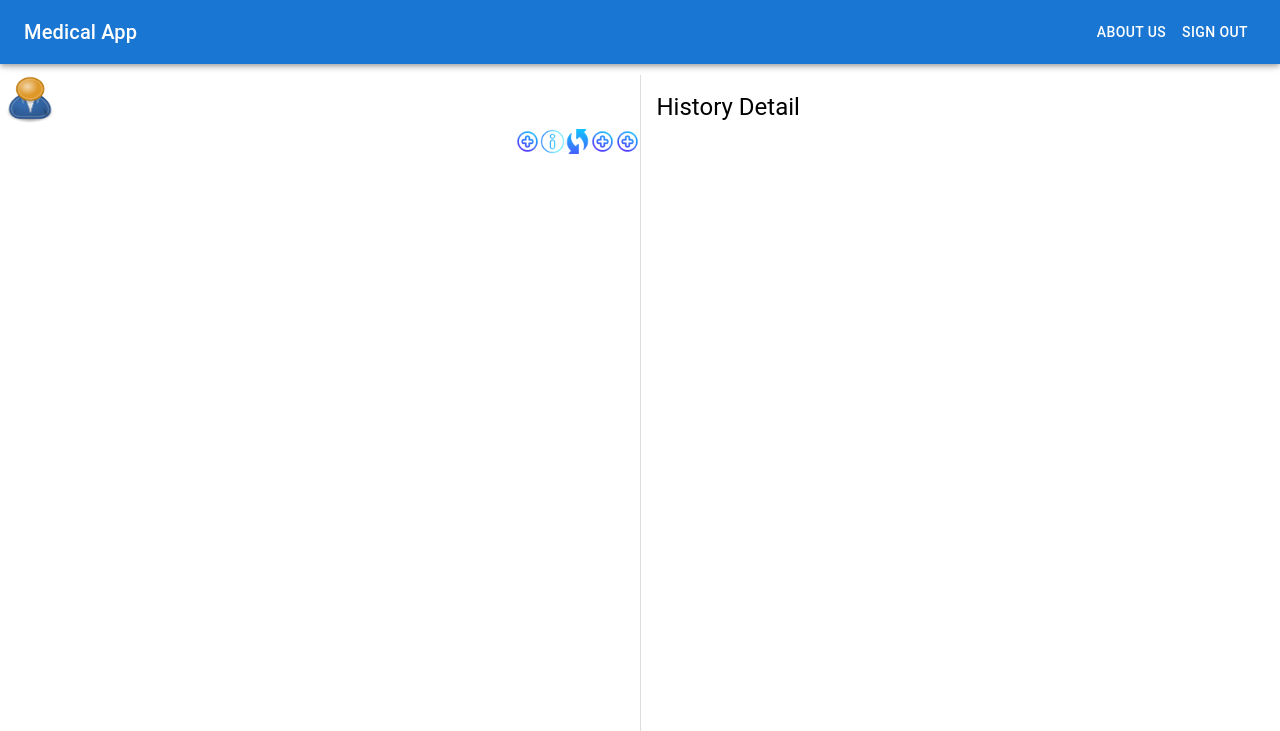
Repository: sshaiv/demo_project
Page: /
An editor plug-in stored every save of this project. The page is shown before and after the next save, followed by the edit.
The browser window is 1280 px wide. The pictures show the whole page.
The project was rebuilt for these pictures with package versions that can differ from the ones it lists, and the page was loaded fresh each time.

Above is the page before, as saved 2024-08-12 20:48:15.

### src/App.js
// src/App.js
import React from 'react';
import { Box, Container } from '@mui/material';
import LeftSection from './components/LeftSection';
import RightSection from './components/RightSection';
import Header from './components/Header'; // Assuming you have a Header component
import NursingHeader from './components/NursingHeader';

const App = () => {
  return (
    <div>
      <Header /> {/* Include your header if you have one */}

      <Box
        sx={{
          position:'relative',
          top:'75px',
          display: 'flex',
          height: 'calc(100vh - 64px)', // Adjust height if you have a header
        }}
      >
        <Box sx={{ width: '50%', overflowY: 'scroll' }}>
          <LeftSection />
           <NursingHeader />
        </Box>
        <Box sx={{ width: '50%', borderLeft: '1px solid #ddd' }}>
          <RightSection />
        </Box>
      </Box>
    </div>
  );
};

export default App;

### src/components/LeftSection.jsx
// src/components/LeftSection.js
import React from 'react';
// import { Box, Typography, TextField, Grid } from '@mui/material';

const LeftSection = () => {
  return (
   <div></div>
  );
};

export default LeftSection;

### src/components/RightSection.jsx
// src/components/RightSection.js
import React from 'react';
import { Box, Typography } from '@mui/material';

const RightSection = () => {
  return (
    <Box
      sx={{
        width: '100%',
        height: 'calc(100vh - 64px)',
        padding: '16px',
        boxSizing: 'border-box',
      }}
    >
      <Typography variant="h5" gutterBottom>
        History Detail
      </Typography>
      {/* Add more content as needed */}
    </Box>
  );
};

export default RightSection;

### src/components/Header.js
import React from 'react';
import { AppBar, Toolbar, Typography, Button } from '@mui/material';

const Header = () => {
  return (
    <AppBar position="fixed">
      <Toolbar>
        <Typography variant="h6" style={{ flexGrow: 1 }}>
          Medical App
        </Typography>
        <Button color="inherit">About Us</Button>
        <Button color="inherit">Sign Out</Button>
      </Toolbar>
    </AppBar>
  );
};

export default Header;

### src/components/NursingHeader.js
import React from "react";

const NursingHeader = () => {
  return (
    <div id="NursingHeader" className="container-fluid">
      <div className="row">
        {/* Employee Image */}
        <div className="col-md-1">
          <img
            id="imgEmp"
            src="/Images/2000px-User_icon_2.svg.png"
            alt="Employee"
            style={{ width: "60px", height: "50px" }}
          />
        </div>

        {/* Patient Information */}
        <div className="col-md-5">
          <div className="input-group input-group-sm" style={{ fontWeight: "bolder", border: "none" }}>
            <span id="txtPatName" style={{ display: "inline", fontWeight: "bolder", border: "none" }}>
              {/* Patient Name */}
            </span>
            <span id="txtAgeSex" style={{ display: "inline", fontWeight: "bolder", border: "none" }}>
              {/* Age and Sex */}
            </span>
            <span id="txtNurIpdNo" style={{ display: "inline", fontWeight: "bolder", border: "none" }}>
              {/* Nurse IPD Number */}
            </span>
            <span id="txtMobNo" className="glyphicon glyphicon-phone" style={{ display: "inline", fontWeight: "bolder", fontSize: "15px", border: "none" }}>
              {/* Mobile Number */}
            </span>
          </div>
        </div>

        {/* Action Buttons */}
        <div className="col-md-6" style={{ textAlign: "right" }}>

           <img src="../assets/addpatients.png" style={{ width: "25px", height: "25px" }} alt="ADD" />
           <img src="../assets/info-button.png" style={{ width: "25px", height: "25px" }} alt="ADD" />
           <img src="../assets/refresh.png" style={{ width: "25px", height: "25px" }} alt="ADD" />
           <img src="/assets/addpatients.png" style={{ width: "25px", height: "25px" }} alt="ADD" />
           <img src="/assets/addpatients.png" style={{ width: "25px", height: "25px" }} alt="ADD" />

        </div>
      </div>

      {/* Hidden Fields */}
      <div className="row">
        <div className="col-md-1" hidden>
          <label>Bed No.</label>
          <input id="txtBedNo" type="text" className="form-control form-control-readonly" readOnly disabled />
        </div>
        <div className="col-md-1" hidden>
          <label>Age</label>
          <input id="txtAge" type="text" className="form-control form-control-readonly" readOnly disabled />
        </div>
        <div className="col-md-1" hidden>
          <label>Gender</label>
          <input id="txtGender" type="text" className="form-control form-control-readonly" readOnly disabled />
        </div>
      </div>
    </div>
  );
};

// Reusable Button Component
const Button = ({ id, imgSrc, onClick, title, disabled }) => (
  <button
    id={id}
    className="btn btn-primary btn-sm"
    style={{ backgroundColor: "transparent" }}
    onClick={onClick}
    title={title}
    disabled={disabled}
  >
    <img src={imgSrc} style={{ width: "25px", height: "25px" }} alt={title || "button"} />
  </button>
);

export default NursingHeader;

Loaded but not shown: public/index.html (common file); src/index.js (common file); src/index.css (common file)

After the next save:
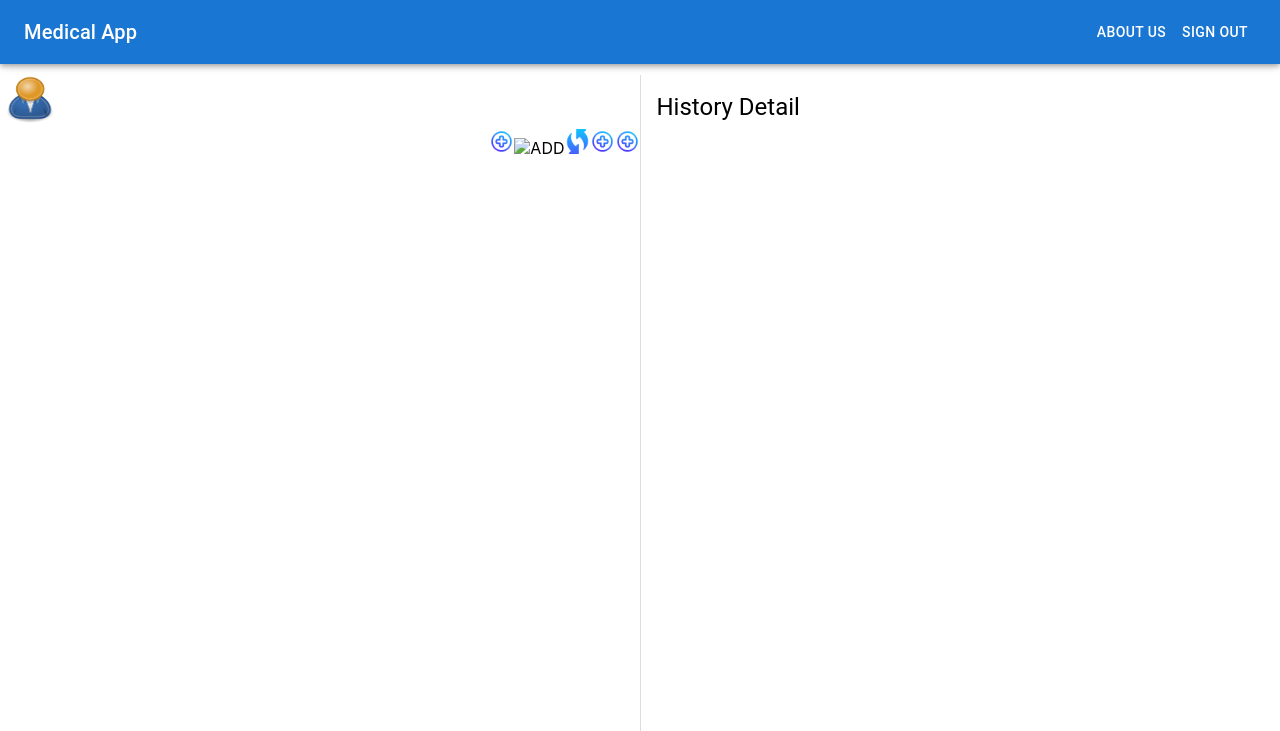
Saved 15 s later.
--- a/src/components/NursingHeader.js
+++ b/src/components/NursingHeader.js
@@ -36,7 +36,7 @@
         <div className="col-md-6" style={{ textAlign: "right" }}>
 
            <img src="../assets/addpatients.png" style={{ width: "25px", height: "25px" }} alt="ADD" />
-           <img src="../assets/info-button.png" style={{ width: "25px", height: "25px" }} alt="ADD" />
+           <img src="../" style={{ width: "25px", height: "25px" }} alt="ADD" />
            <img src="../assets/refresh.png" style={{ width: "25px", height: "25px" }} alt="ADD" />
            <img src="/assets/addpatients.png" style={{ width: "25px", height: "25px" }} alt="ADD" />
            <img src="/assets/addpatients.png" style={{ width: "25px", height: "25px" }} alt="ADD" />

After the 2 saves that followed:
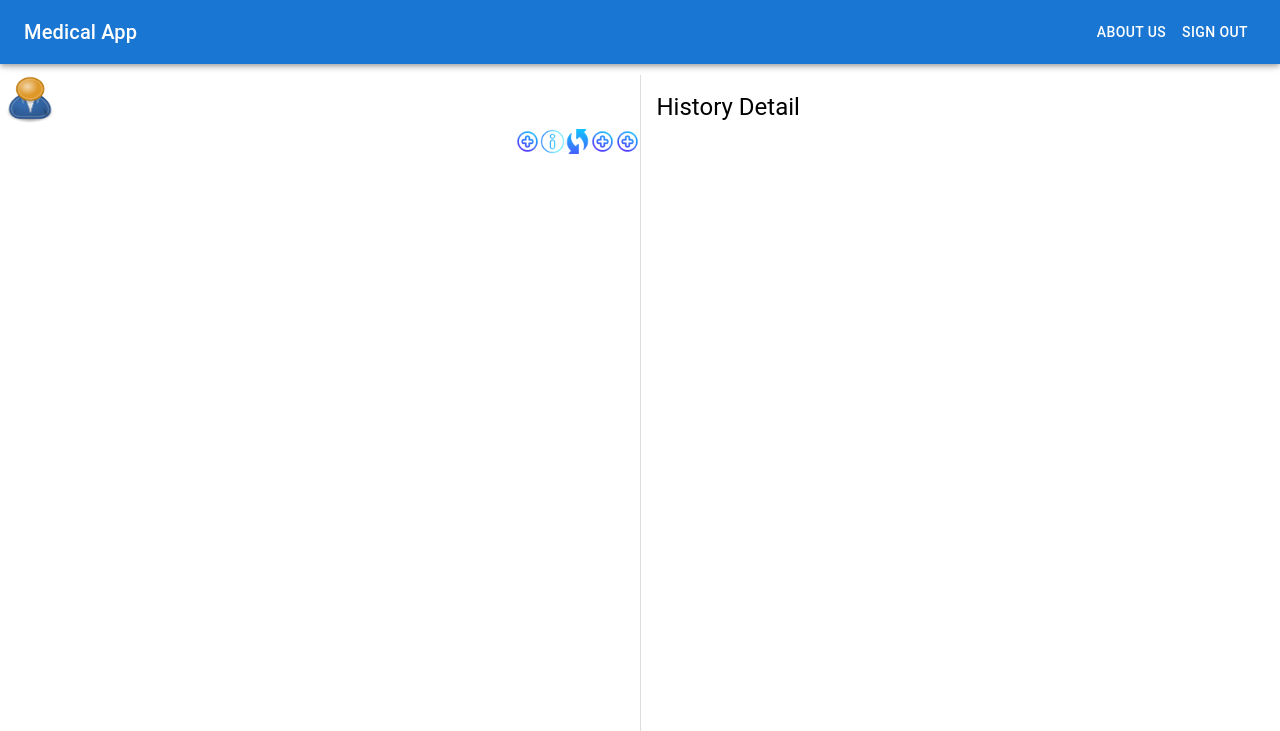
The 2 saves are shown as one change because they came seconds apart.
The last was saved 7 s later.
--- a/src/components/NursingHeader.js
+++ b/src/components/NursingHeader.js
@@ -36,7 +36,7 @@
         <div className="col-md-6" style={{ textAlign: "right" }}>
 
            <img src="../assets/addpatients.png" style={{ width: "25px", height: "25px" }} alt="ADD" />
-           <img src="../" style={{ width: "25px", height: "25px" }} alt="ADD" />
+           <img src="../assets/info-button.png" style={{ width: "25px", height: "25px" }} alt="ADD" />
            <img src="../assets/refresh.png" style={{ width: "25px", height: "25px" }} alt="ADD" />
            <img src="/assets/addpatients.png" style={{ width: "25px", height: "25px" }} alt="ADD" />
            <img src="/assets/addpatients.png" style={{ width: "25px", height: "25px" }} alt="ADD" />
